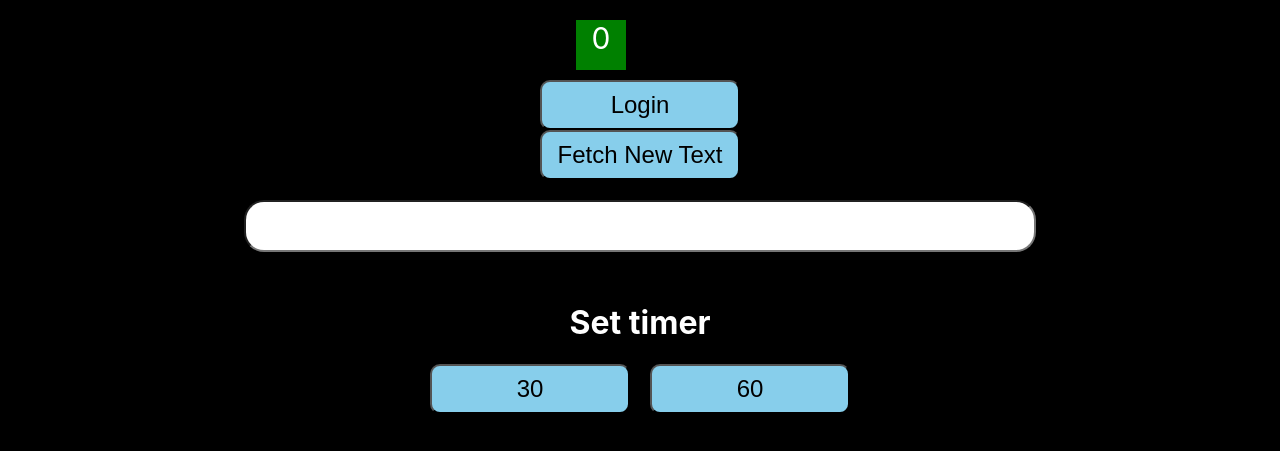
Repository: abhaysharma20233009/swiftKey
Page: / (app in frontend/my-app/)
An editor plug-in stored every save of this project. The page is shown before and after the next save, followed by the edit.
The browser window is 1280 px wide. The pictures show the whole page.
The page's requests for data from a server got no answer. The project was rebuilt for these pictures with package versions that can differ from the ones it lists, and the page was loaded fresh each time. No one was signed in, and anything a server would have sent is missing. Also part of the build but not shown: frontend/my-app/src/Results.js, frontend/my-app/src/Login.js.

Above is the page before, as saved 2024-10-10 17:35:48.

After the next save:
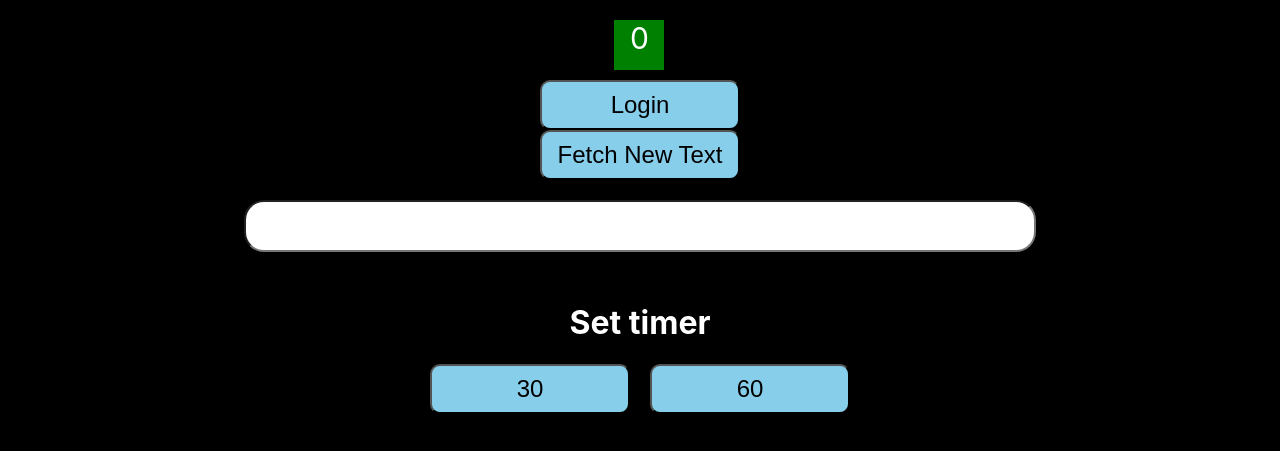
Saved 8 s later.
--- a/frontend/my-app/src/App.css
+++ b/frontend/my-app/src/App.css
@@ -52,5 +52,5 @@ body{
   margin-bottom: 10px;
   background-color:green;
   width:50px;
-  margin-left:45%;
+  margin-left:48%;
 }
